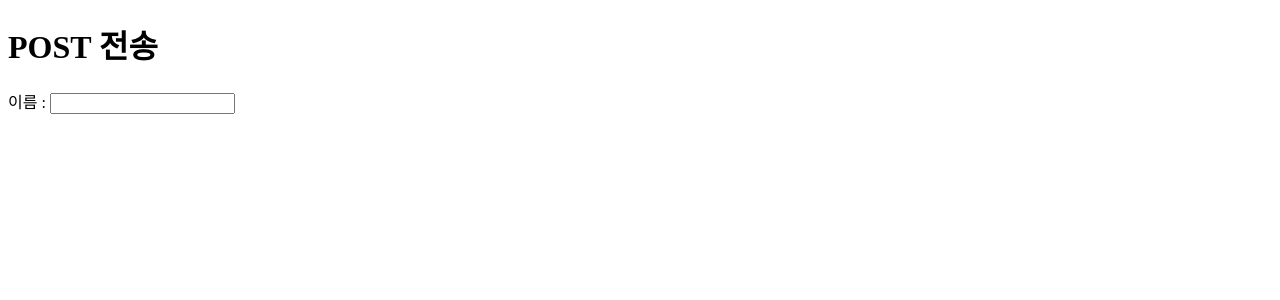
Repository: hari6180/JSP
Page: http://localhost/HelloWeb/05_post/from.jsp
These files come from the project's save history. The page is drawn as it stood at one moment and after the next save; the edit follows.
The browser window is 1280 px wide. The pictures show the whole page.
The page is served by Tomcat 9.

Above is the page before, as saved 2021-01-19 01:40:14.

After the next save:
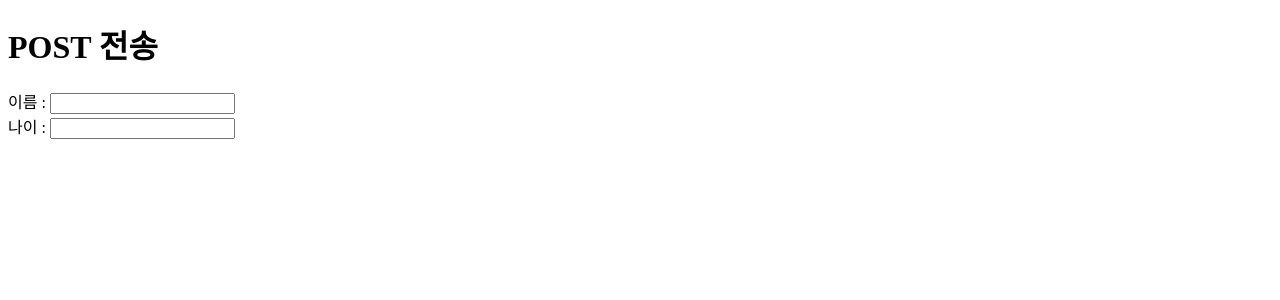
Saved 27 s later.
--- a/HelloWeb/WebContent/05_post/from.jsp
+++ b/HelloWeb/WebContent/05_post/from.jsp
@@ -12,6 +12,9 @@
 	<h1>POST 전송</h1>
 	<form name="myform" method="post" action="to.jsp">
 		<div>이름 : <input type="text" name="user_name" /></div>
+		<div>나이 : <input type="number" name="age" /></div>
+		<div>
+		</div>
 	</form>
 </body>
 
